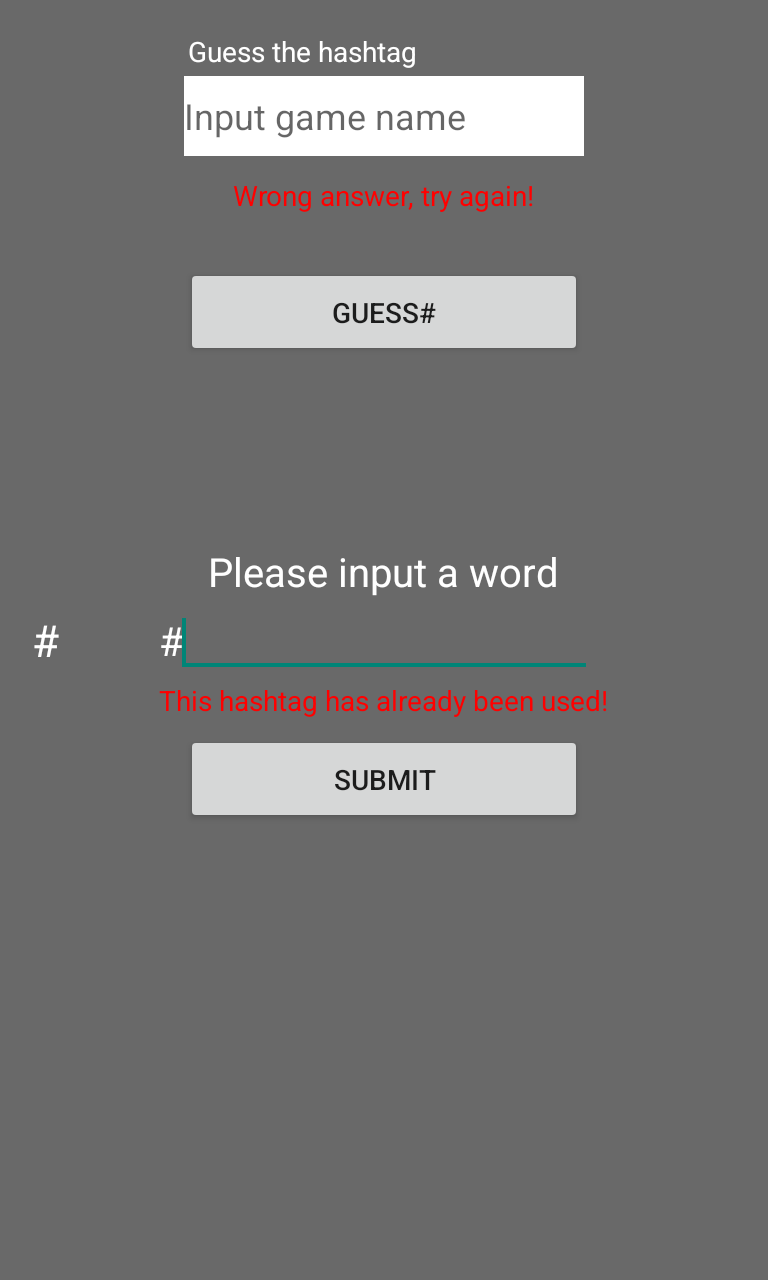
Repository: Hannanina/GuessTag
Layout: GuessTag/res/layout/activity_input_tag.xml
The author's editor kept a copy of each file at every save. The layout is drawn from the files as they stood at one save, then again after the next save.
It is drawn on a 768 x 1280 px phone screen (xhdpi) without system bars, with theme AppTheme; the app's code is not run.

Above is the layout before, as saved 2014-12-18 14:28:18.

After the next save:
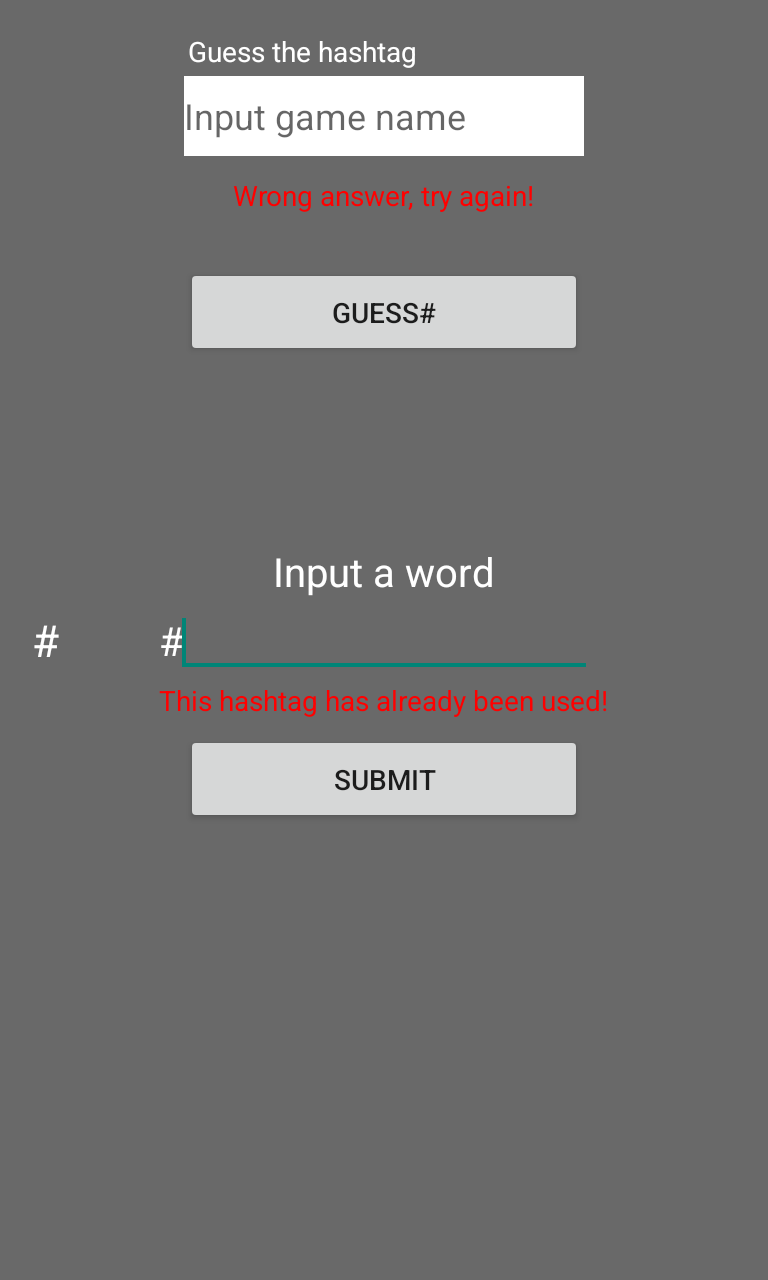
Saved 48 s later.
--- a/GuessTag/res/layout/activity_input_tag.xml
+++ b/GuessTag/res/layout/activity_input_tag.xml
@@ -67,6 +67,11 @@
         android:onClick="onClickSubmit" >
     </Button>
 
+
+
+
+
+
     <TextView
         android:id="@+id/textView1"
         android:layout_width="wrap_content"
@@ -75,7 +80,7 @@
         android:layout_above="@+id/inputText"
         android:layout_centerHorizontal="true"
   	    android:textColor="@color/White"
-        android:text="Please input a word" />
+        android:text="Input a word" />
 
     <TextView
         android:id="@+id/textView2"
